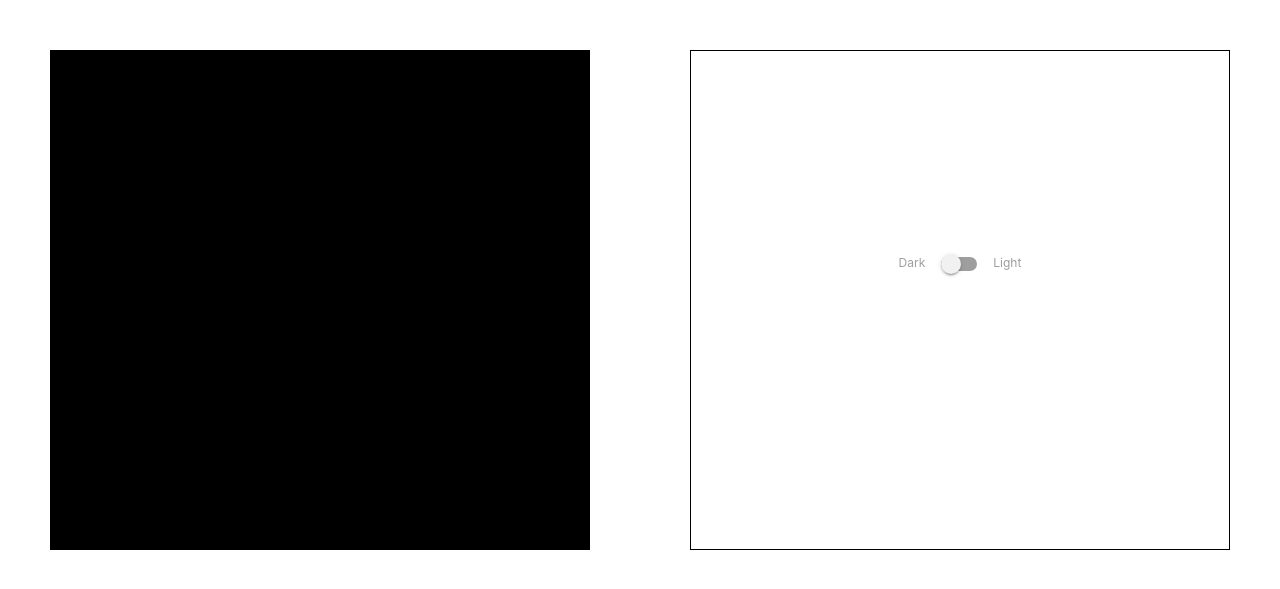
Repository: imrvj/Dark-Light-Mode
Page: /
These files come from the project's save history. The page is drawn as it stood at one moment and after the next save; the edit follows.
The browser window is 1280 px wide. The pictures show the whole page.
The project was rebuilt for these pictures with package versions that can differ from the ones it lists, and the page was loaded fresh each time.

Above is the page before, as saved 2020-02-20 12:39:18.

### public/index.html
<!DOCTYPE html>
<html lang="en">
  <head>
    <meta charset="utf-8" />
    <link rel="icon" href="%PUBLIC_URL%/favicon.ico" />
    <meta name="viewport" content="width=device-width, initial-scale=1" />
    <meta name="theme-color" content="#000000" />
    <meta
      name="description"
      content="Web site created using create-react-app"
    />
    <link rel="apple-touch-icon" href="%PUBLIC_URL%/logo192.png" />
    <!--
      manifest.json provides metadata used when your web app is installed on a
      user's mobile device or desktop. See https://developers.google.com/web/fundamentals/web-app-manifest/
    -->
    <link rel="manifest" href="%PUBLIC_URL%/manifest.json" />
    <!--
      Notice the use of %PUBLIC_URL% in the tags above.
      It will be replaced with the URL of the `public` folder during the build.
      Only files inside the `public` folder can be referenced from the HTML.

      Unlike "/favicon.ico" or "favicon.ico", "%PUBLIC_URL%/favicon.ico" will
      work correctly both with client-side routing and a non-root public URL.
      Learn how to configure a non-root public URL by running `npm run build`.
    -->

    <!-- Compiled and minified CSS -->
    <link rel="stylesheet" href="https://cdnjs.cloudflare.com/ajax/libs/materialize/1.0.0/css/materialize.min.css">

    <title>React App</title>
  </head>
  <body>
    <noscript>You need to enable JavaScript to run this app.</noscript>
    <div id="root"></div>
    <!--
      This HTML file is a template.
      If you open it directly in the browser, you will see an empty page.

      You can add webfonts, meta tags, or analytics to this file.
      The build step will place the bundled scripts into the <body> tag.

      To begin the development, run `npm start` or `yarn start`.
      To create a production bundle, use `npm run build` or `yarn build`.
    -->
     <!-- Compiled and minified JavaScript -->
     <script src="https://cdnjs.cloudflare.com/ajax/libs/materialize/1.0.0/js/materialize.min.js"></script>

  </body>
</html>

### src/App.js
import React, { useState } from 'react';

import './App.css';

function App() {
  const [Color, setColor] = useState("black")
  const [ischecked, setIschecked] = useState(null)
  return (
    <div className="App">
      <div className="Box" style={{backgroundColor:Color}}></div>
      <div className="Buttonbox">
      <div class="switch">
    <label>
      Dark
      <input type="checkbox" onChange={()=>setColor("white")} checked={ischecked}/>
      <span className="lever"></span>
      Light
    </label>
  </div>
      </div>

    </div>
  );
}

export default App;

### src/App.css
.App {
  text-align: center;
  display: flex;
}

.Box{
  width: 700px;
  height: 500px;
  border: solid 1px black;

  margin: 50px;
}
.Buttonbox{
  width: 700px;
  height: 500px;
  border: solid 1px black;
  align-items: center;
  padding-top:200px ;

  margin: 50px;
}

Loaded but not shown: src/index.js (common file); src/index.css (common file); src/serviceWorker.js (common file)

After the next save:
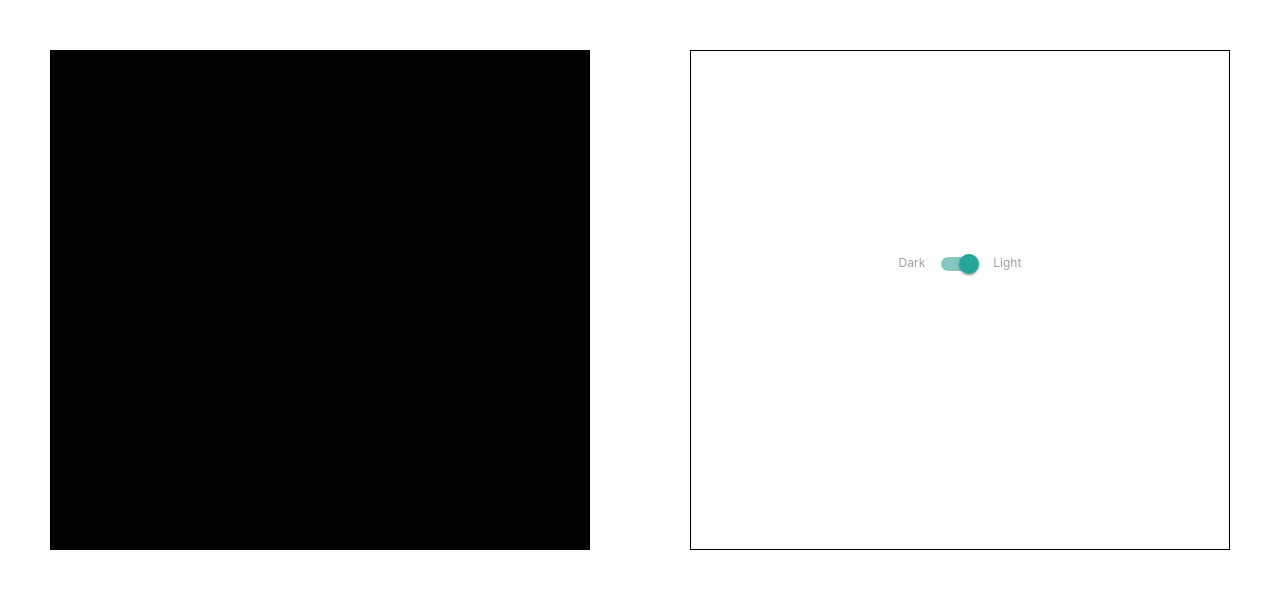
Saved 12 s later.
--- a/src/App.js
+++ b/src/App.js
@@ -12,7 +12,7 @@
       <div class="switch">
     <label>
       Dark
-      <input type="checkbox" onChange={()=>setColor("white")} checked={ischecked}/>
+      <input type="checkbox" onChange={()=>setColor("white")} checked={!ischecked}/>
       <span className="lever"></span>
       Light
     </label>

After the save that followed:
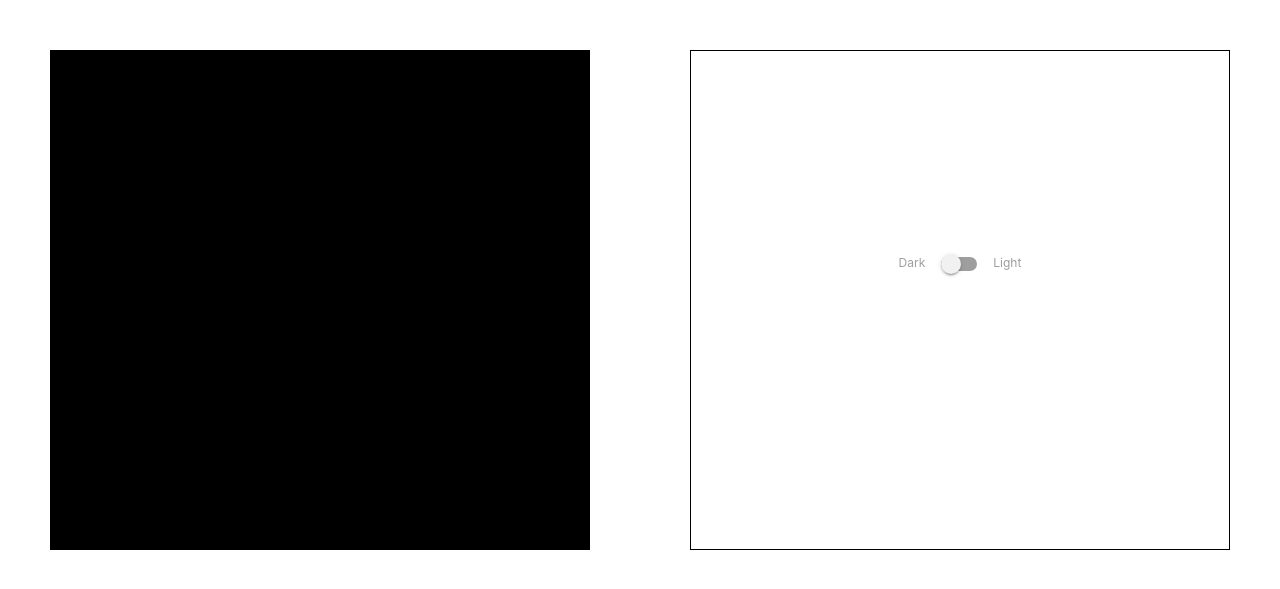
Saved 6 s later.
--- a/src/App.js
+++ b/src/App.js
@@ -12,7 +12,7 @@
       <div class="switch">
     <label>
       Dark
-      <input type="checkbox" onChange={()=>setColor("white")} checked={!ischecked}/>
+      <input type="checkbox" onChange={()=>setColor("white")} checked={ischecked}/>
       <span className="lever"></span>
       Light
     </label>
